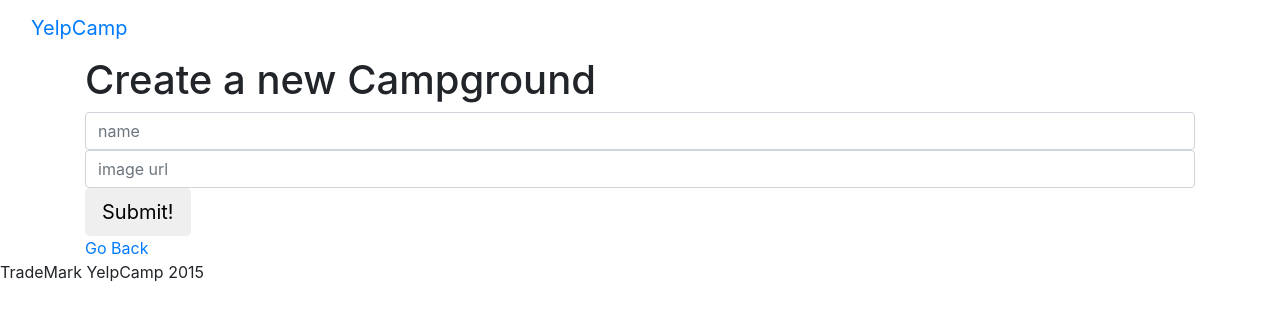
Repository: yshang0/WebDeveloperBootcamp
Page: http://localhost/campgrounds/new
The author's editor kept a record of every edit. The page is drawn from the files as they stood at one moment, then again after the next edit.
The browser window is 1280 px wide. The pictures show the whole page.
The page is served by the project's Node server (YelpCamp/v1/app.js).

Above is the page before.

### PhotoShow/YelpCamp/v1/views/new.ejs
<% include partials/header %>
<div class="container">


<h1>
    Create a new Campground
</h1>
<form action="/campgrounds" method="POST">
    <input class="form-control" type="text" name="name" placeholder="name">
    <input class="form-control" type="text" name="image" placeholder="image url">
    <button class="btn btn-lg btn-default">Submit!</button>
</form>

<a href="/campgrounds">Go Back</a>

</div>
<% include partials/footer %>

### PhotoShow/YelpCamp/v1/views/partials/header.ejs
<!DOCTYPE html>
<html>
    <head>
        <title>YelpCamp</title>
        <link rel="stylesheet" href="https://stackpath.bootstrapcdn.com/bootstrap/4.1.3/css/bootstrap.min.css">
    </head>

    <body>
        <nav class="navbar navbar-default">
        <div class="container-fluid">
            <div class="navbar-header">
                <a class="navbar-brand" href="/">YelpCamp</a>
            </div>
            <div class="collapse navbar-collapse">
                <ul class="nav navbar-nav navbar-right">
                    <li><a href="/">Login</a></li>
                    <li><a href="/">Sign Up</a></li>
                    <li><a href="/">Logout</a></li>
                </ul>
            </div>
        </div>
    </nav>

### PhotoShow/YelpCamp/v1/views/partials/footer.ejs
<p>TradeMark YelpCamp 2015</p>
</body>
</html>

### PhotoShow/YelpCamp/v1/app.js
var express = require("express"); // (import) the express module and create an Express application.
var app = express();
var bodyParser = require("body-parser");


//When extended property is set to true,
//the URL-encoded data will be parsed with the qs library.
//when extended property is set to false,
//the URL-encoded data will instead be parsed with the querystring library.
app.use(bodyParser.urlencoded({extended:true}));
app.set("view engine", "ejs");

var campgrounds = [
        {name: "s", image:"https://farm4.staticflickr.com/3828/9531852967_8299e728fc.jpg"},
        {name: "g", image:"https://farm4.staticflickr.com/3624/3331133595_383a1c19c6.jpg"},
        {name: "y", image:"https://farm6.staticflickr.com/5042/5303791663_06cefbeb4c.jpg"},
        {name: "s", image:"https://farm4.staticflickr.com/3828/9531852967_8299e728fc.jpg"},
        {name: "g", image:"https://farm4.staticflickr.com/3624/3331133595_383a1c19c6.jpg"},
        {name: "y", image:"https://farm6.staticflickr.com/5042/5303791663_06cefbeb4c.jpg"},
        {name: "s", image:"https://farm4.staticflickr.com/3828/9531852967_8299e728fc.jpg"},
        {name: "g", image:"https://farm4.staticflickr.com/3624/3331133595_383a1c19c6.jpg"},
        {name: "y", image:"https://farm6.staticflickr.com/5042/5303791663_06cefbeb4c.jpg"}
        ];


//it shows a route definition.
//The app.get() method specifies a callback function that will be invoked whenever there is an HTTP GET request with a path ('/') relative to the site root.
//The callback function takes a request and a response object as arguments, and simply calls send() on the response to return the string.

app.get("/", function(req, res){
    res.render("landing");
});

app.get("/campgrounds", function(req, res){


    res.render("campgrounds", {campgrounds:campgrounds});
});


app.post("/campgrounds", function(req, res) {

    //get data from form and add to campgrounds array
    var name = req.body.name;
    var image = req.body.image;
    var newCampground = {name: name, image: image}
    campgrounds.push(newCampground);
    //redirect back to campgrounds page
    res.redirect("/campgrounds");
});

app.get("/campgrounds/new", function(req, res){
    res.render("new.ejs");
});

app.listen(process.env.PORT, process.env.IP, function(){
  console.log("The YelpCamp Server Has Started!");
});

//start server: node app.js

After the next edit:
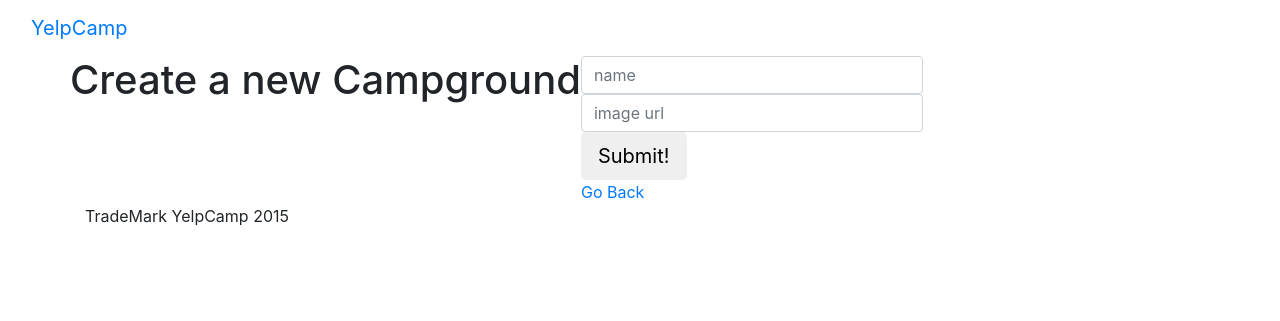
The edit:
--- a/PhotoShow/YelpCamp/v1/views/new.ejs
+++ b/PhotoShow/YelpCamp/v1/views/new.ejs
@@ -1,17 +1,18 @@
 <% include partials/header %>
 <div class="container">
+    <div class="row">
+        <h1>Create a new Campground</h1>
+        <div style="width: 30%;">
 
+        <form action="/campgrounds" method="POST">
+            <input class="form-control" type="text" name="name" placeholder="name">
+            <input class="form-control" type="text" name="image" placeholder="image url">
+            <button class="btn btn-lg btn-default">Submit!</button>
+        </form>
 
-<h1>
-    Create a new Campground
-</h1>
-<form action="/campgrounds" method="POST">
-    <input class="form-control" type="text" name="name" placeholder="name">
-    <input class="form-control" type="text" name="image" placeholder="image url">
-    <button class="btn btn-lg btn-default">Submit!</button>
-</form>
+        <a href="/campgrounds">Go Back</a>
+    </div>
 
-<a href="/campgrounds">Go Back</a>
 
 </div>
 <% include partials/footer %>
